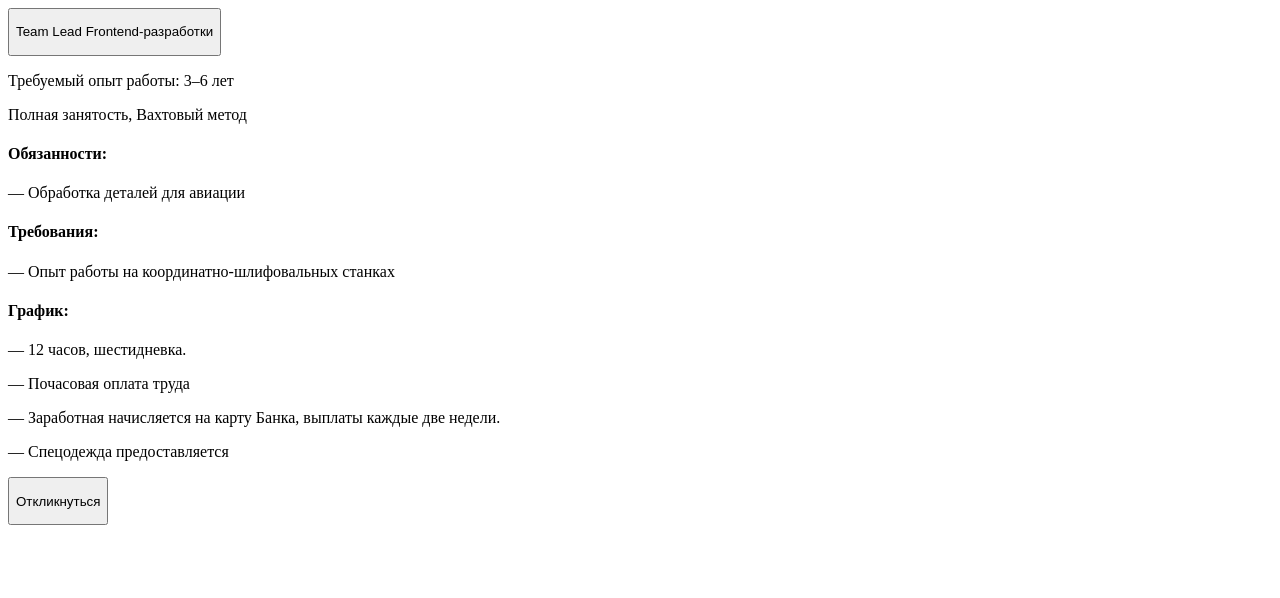
Repository: the-ASAP/AsapVerstka
Page: src/components/accordion.html
An editor plug-in stored every save of this project. The page is shown before and after the next save, followed by the edit.
The browser window is 1280 px wide. The pictures show the whole page.

Above is the page before, as saved 2021-07-27 17:02:13.

After the next save:
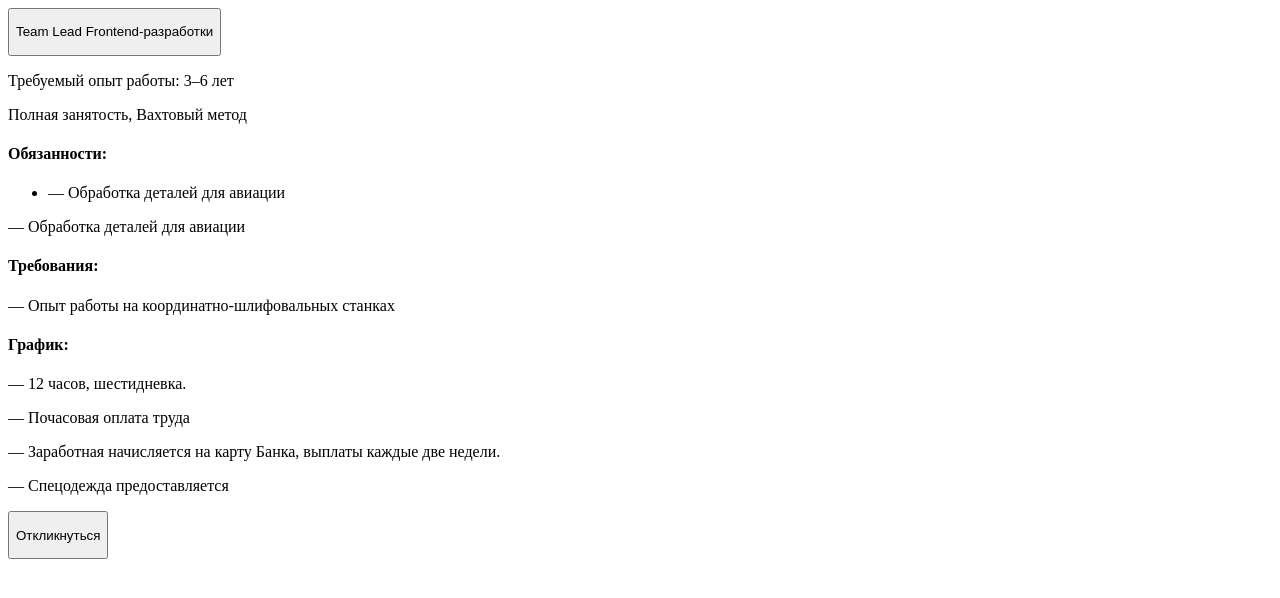
Saved 49 s later.
--- a/src/components/accordion.html
+++ b/src/components/accordion.html
@@ -9,6 +9,11 @@
         <p class="accordion__text">Полная занятость, Вахтовый метод</p>
 
         <h4 class="accordion__subtitle">Обязанности:</h4>
+        <ul>
+            <li>
+                — Обработка деталей для авиации
+            </li>
+        </ul>
         <p class="accordion__info__secondText__desc">— Обработка деталей для авиации</p>
         <h4 class="accordion__subtitle">Требования:</h4>
         <p class="accordion__info__secondText__desc">— Опыт работы на координатно-шлифовальных станках</p>
